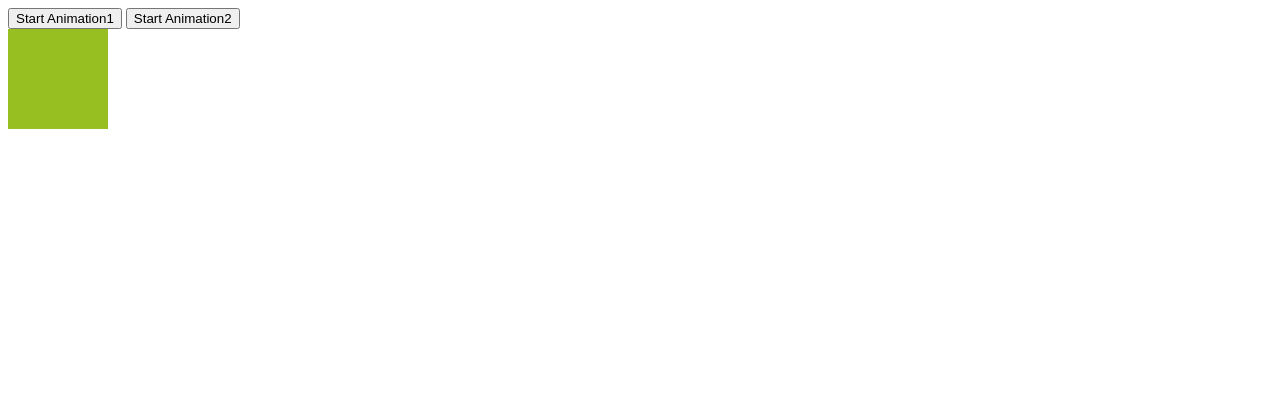
Repository: sudheerj/jQuery
Page: jQueryExamples/chapter05/Append.html
These files come from the project's save history. The page is drawn as it stood at one moment and after a run of saves; the edit follows.
The browser window is 1280 px wide. The pictures show the whole page.

Above is the page before, as saved 2016-10-21 14:42:40.

After the next 2 saves:
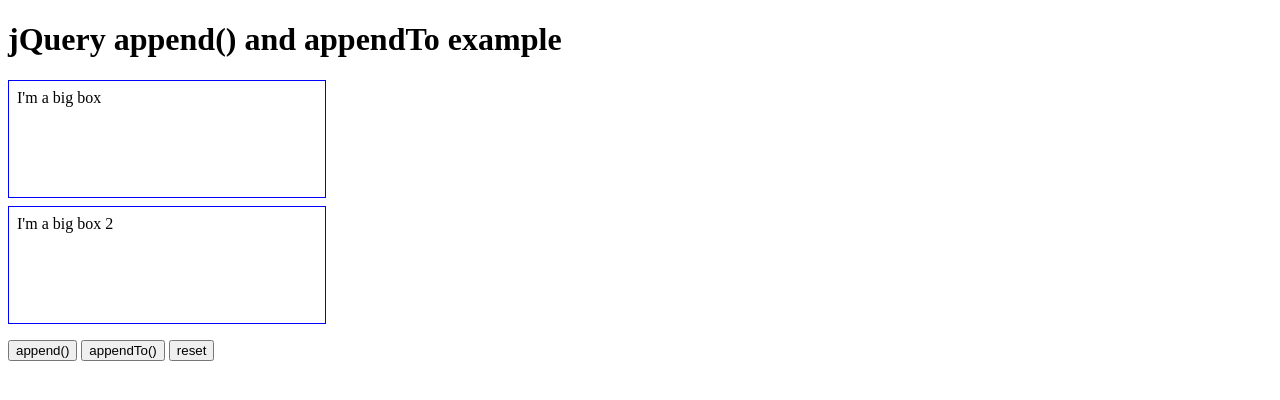
The 2 saves are shown as one change because they came seconds apart.
The last was saved 3 min 32 s later.
--- a/jQueryExamples/chapter05/Append.html
+++ b/jQueryExamples/chapter05/Append.html
@@ -1,34 +1,66 @@
 <!DOCTYPE html>
 <html>
-<head>
-	<title>jQuery Animate</title>
-	<script type="text/javascript" src="..\jquery\jquery-3.1.1.min.js"></script>
-	<script>
-$(document).ready(function(){
-	 $("#button1").click(function(){
-        $("#div1").animate({
-            left: '250px',
-            height: '+=150px',
-            width: '+=150px'
-        });
-    });
+	<head>
+		<title>jQuery Animate</title>
+		<script type="text/javascript" src="..\jquery\jquery-3.1.1.min.js"></script>
+		<style type="text/css">
+			.box {
+				padding: 8px;
+				border: 1px solid blue;
+				margin-bottom: 8px;
+				width: 300px;
+				height: 100px;
+			}
+			.newbox {
+				padding: 8px;
+				border: 1px solid red;
+				margin-bottom: 8px;
+				width: 200px;
+				height: 50px;
+			}
+		</style>
 
-    $("#button2").click(function(){
-        var div = $("#div2");
-        div.animate({height: '300px', opacity: '0.4'}, "slow");
-        div.animate({width: '300px', opacity: '0.8'}, "slow");
-        div.animate({height: '100px', opacity: '0.4'}, "slow");
-        div.animate({width: '100px', opacity: '0.8'}, "slow");
-    });
-});
-</script>
-</head>
-<body>
+	</head>
+	<body>
+		<h1>jQuery append() and appendTo example</h1>
 
-<button id="button1">Start Animation1</button>
-<button id="button2">Start Animation2</button>
+		<div class="box">
+			I'm a big box
+		</div>
 
-<div id="div1" style="background:#98bf21;height:100px;width:100px;position:absolute;"></div>
-<div id="div2" style="background:#98bf21;height:100px;width:100px;position:absolute;"></div>
-</body>
+		<div class="box">
+			I'm a big box 2
+		</div>
+
+		<p>
+			<button id="append">
+				append()
+			</button>
+			<button id="appendTo">
+				appendTo()
+			</button>
+			<button id="reset">
+				reset
+			</button>
+		</p>
+
+		<script type="text/javascript">
+			$("#append").click(function() {
+
+				$('.box').append("<div class='newbox'>I'm new box by append</div>");
+
+			});
+
+			$("#appendTo").click(function() {
+
+				$("<div class='newbox'>I'm new box by appendTo</div>").appendTo('.box');
+
+			});
+
+			$("#reset").click(function() {
+				location.reload();
+			});
+
+		</script>
+	</body>
 </html>
